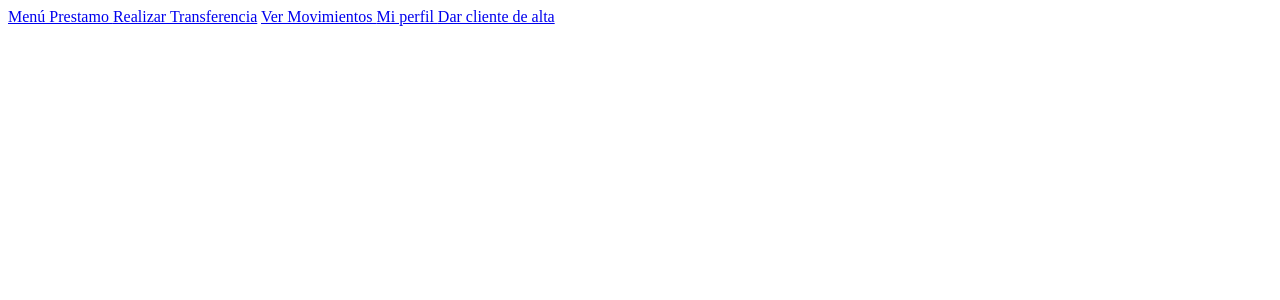
Repository: oskiman18/TP-Final
Page: http://localhost/Tp_integrador_grupo_2/home.jsp
An editor plug-in stored every save of this project. The page is shown before and after the next save, followed by the edit.
The browser window is 1280 px wide. The pictures show the whole page.
The page is served by Tomcat 9.

Above is the page before, as saved 2021-06-23 16:21:11.

After the next save:
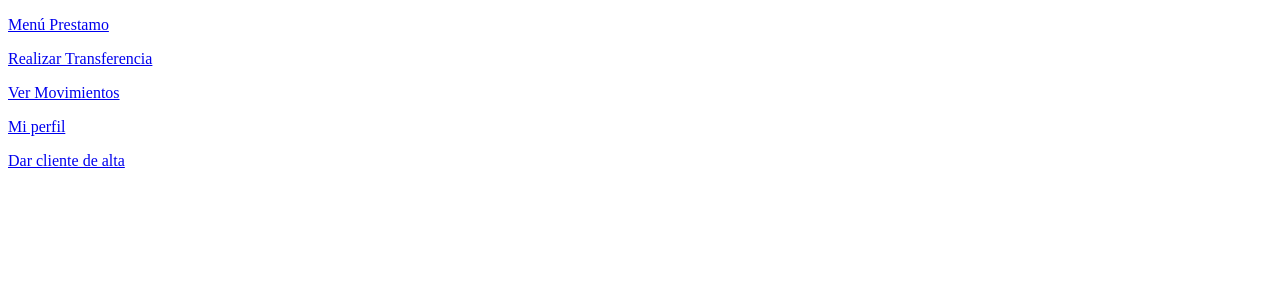
Saved 51 s later.
--- a/Tp_integrador_grupo_2/src/main/webapp/home.jsp
+++ b/Tp_integrador_grupo_2/src/main/webapp/home.jsp
@@ -8,11 +8,11 @@
 </head>
 
 	<body>
-		<a href='prestamos.jsp'> Menú Prestamo </a>
-		<a href='transferir.jsp'> Realizar Transferencia</a>
-		<a href='historial.jsp'> Ver Movimientos </a>
-		<a href='perfil.jsp'> Mi perfil </a>
-		<a href='registro.jsp'> Dar cliente de alta</a>
+		<a href='prestamos.jsp'> <p> Menú Prestamo </p></a>
+		<a href='transferir.jsp'> <p> Realizar Transferencia </p></a>
+		<a href='historial.jsp'> <p> Ver Movimientos </p></a>
+		<a href='perfil.jsp'> <p> Mi perfil </p></a>
+		<a href='registro.jsp'> <p> Dar cliente de alta </p></a>
 	</body>
 
 </html>
